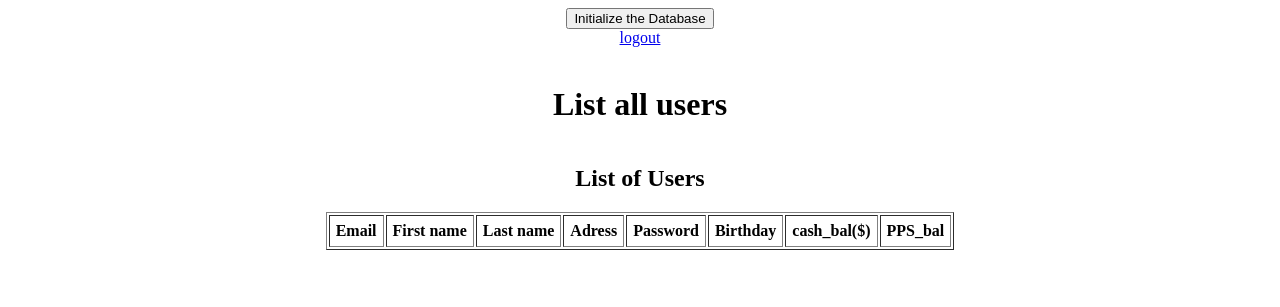
Repository: jacknishanian/Database-project
Page: http://localhost/database/rootView.jsp
An editor plug-in stored every save of this project. The page is shown before and after the next save, followed by the edit.
The browser window is 1280 px wide. The pictures show the whole page.
The page is served by Tomcat 9. Nobody is signed in. The application's start-up code is not run.

Above is the page before, as saved 2023-10-17 21:12:31.

After the next save:
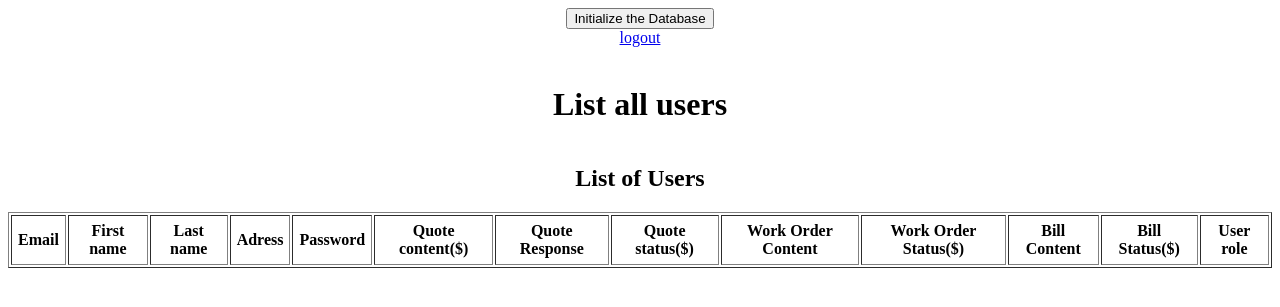
Saved 91 s later.
--- a/database/WebContent/rootView.jsp
+++ b/database/WebContent/rootView.jsp
@@ -27,9 +27,14 @@
                 <th>Last name</th>
                 <th>Adress</th>
                 <th>Password</th>
-                <th>Birthday</th>
-                <th>cash_bal($)</th>
-                <th>PPS_bal</th>
+                <th>Quote content($)</th>
+                <th>Quote Response</th>
+                <th>Quote status($)</th>
+                <th>Work Order Content</th>
+                <th>Work Order Status($)</th>
+                <th>Bill Content</th>
+                <th>Bill Status($)</th>
+                <th>User role</th>
             </tr>
             <c:forEach var="users" items="${listUser}">
                 <tr style="text-align:center">
@@ -38,9 +43,13 @@
                     <td><c:out value="${users.lastName}" /></td>
                     <td><c:out value= "${users.adress_street_num} ${users.adress_street} ${users.adress_city} ${users.adress_state} ${users.adress_zip_code}" /></td>
                     <td><c:out value="${users.password}" /></td>
-                    <td><c:out value="${users.birthday}" /></td>
-                    <td><c:out value="${users.cash_bal}"/></td>
-                    <td><c:out value="${users.PPS_bal}" /></td>
+                    <td><c:out value="${users.quotes_content}" /></td>
+                    <td><c:out value="${users.quotes_response}"/></td>
+                    <td><c:out value="${users.quotes_status}" /></td>
+                    <td><c:out value="${users.work_order_status}" /></td>
+                    <td><c:out value="${users.bill_of_work_content}"/></td>
+                    <td><c:out value="${users.bill_of_work_status}" /></td>
+                    <td><c:out value="${users.role}" /></td>
             </c:forEach>
         </table>
 	</div>
